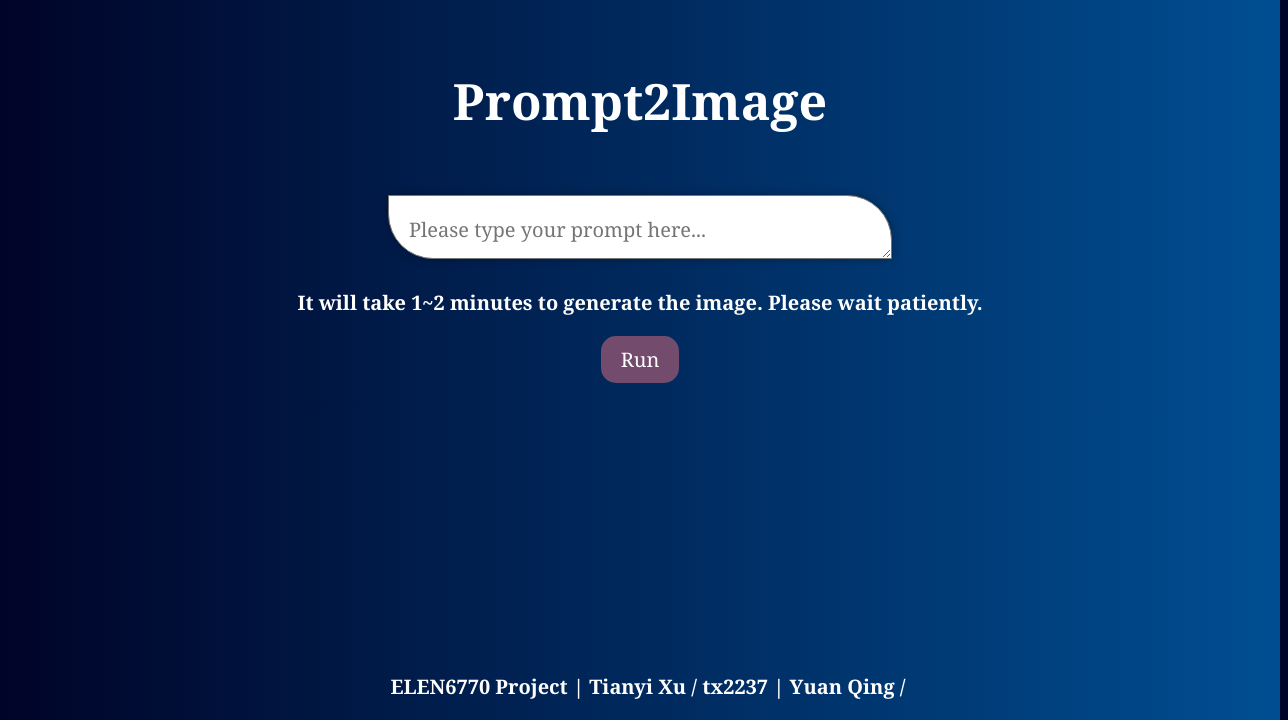
Repository: XTTTZ/Prompt2Image
Page: main3.html
The author's editor kept a copy of each file at every save. The page is drawn from the files as they stood at one save, then again after the next save.
The browser window is 1280 px wide. The page is 1288 px wide, so the pictures cover 1288 px, including what lies to the right of the window. The pictures show the whole page.
The page's requests for data from a server got no answer.

Above is the page before, as saved 2023-11-30 22:03:05.

### main3.html
<!DOCTYPE html>
<html lang="en">

<head>
    <meta charset="UTF-8">
    <meta name="viewport" content="width=device-width, initial-scale=1.0">
    <title>Prompt2Image</title>
    <style>
        .center-label {
            text-align: center;
        }

        body {
            font-family: Georgia, serif;
            background: linear-gradient(to right, #000428, #004e92);
            /* 使图片覆盖整个背景 */
            color: #fff
        }

        header {
            background-color: rgba(0, 0, 0, 0);
            color: #fff;
            text-align: center;
            padding: 1em;
            font-family: Georgia, serif;
            font-size: 25px;
        }

        h1 {
            margin-bottom: 0.5em;
        }

        form {
            display: flex;
            /* 设置为Flex容器 */
            flex-direction: column;
            /* 子元素垂直堆叠 */
            align-items: center;
            /* 垂直居中 */
            justify-content: center;
            /* 水平居中，如果需要 */
            height: 100%;
            /* 根据需要设置高度 */
            font-size: 20px;
        }

        label {
            font-weight: bold;
            text-align: center;
            font-size: 20px;
        }

        textarea {
            padding-left: 1em;
            padding-top: 1em;
            margin: 0.5em 0;
            width: 24em;
            height: 2em;
            text-align: left;
            vertical-align: top;
            font-size: 20px;
            border-radius: 0px 45px;
            box-shadow: 0 0 10px rgba(0, 0, 0, 0.3);
            font-family: Georgia, serif;

        }

        button {
            padding: 0.5em 1em;
            background-color: #734b6d;
            color: #fff;
            border: none;
            cursor: pointer;
            border-radius: 15px;
            font-size: 20px;
            font-family: Georgia, serif;
        }

        button:hover {
            background-color: #555;
        }

        img {
            border-radius: 15px;
        }

        #generatedImages {
            border-radius: 15px;
            text-align: center;
            margin: 1em;
            padding: 1em;
            background-color: #ffffff00;
        }
    </style>
</head>

<body>
    <header>
        <h1>Prompt2Image</h1>
    </header>

    <form id="searchForm">
        <textarea placeholder="Please type your prompt here..." type="text" id="searchInput"
            name="searchInput"></textarea>
        <label>
            <p>It will take 1~2 minutes to generate the image. Please wait patiently.</p>
        </label>
    </form>
    <form id="generateForm" style="gap: 15px;">
        <button type="button" onclick="performSearch()">Run</button>
        <label id="timeValue"></label>
    </form>

    <div id="searchResult"></div>

    <!-- Display generated images -->
    <div style="display:none" id="generatedImages"></div>
    <form id="downloadForm" style="gap: 10px;">
        <button id="downloadButton" onclick="downloadImages()" style="display:none">Download Images</button>
    </form>

    <label style="position:absolute; bottom:0; text-align: center;width:100%">
        <p>ELEN6770 Project | Tianyi Xu / tx2237 | Yuan Qing / </p>
    </label>

    <script>
        var server_addr = '34.67.111.69';
        var ip_addr;
        var second = 0;
        var clock;
        fetch('http://' + server_addr + '/ip', {
            method: 'GET',
            headers: {
                'Content-Type': 'application/x-www-form-urlencoded',
            },
        })
            .then(response => { return response.json() })
            .then(data => {
                ip_addr = data.ip_addr;
                console.log('ip_addr');
            }
            );
        function startTimer() {
            clearInterval(clock);
            clock = setInterval(timer, 1000);
            second = 0;
            timeValue.style.display = 'block';
            document.getElementById('timeValue').innerText = 'Run Time: ' + second + 's';
        }

        function timer() {
            second++;
            document.getElementById('timeValue').innerText = 'Run Time: ' + second + 's';
        }

        function stopTimer() {
            clearInterval(clock);
            clock = null;
            console.log('timerstop');
            document.getElementById('timeValue').innerText = 'Run Time: ' + second + 's';
        }

        function performSearch() {
            var searchInput = document.getElementById('searchInput').value;
            if (searchInput == '') {
                document.getElementById('timeValue').innerText = 'Please type your prompt!';
            }
            else {
                document.getElementById('generatedImages').style.display = 'none';
                document.getElementById('downloadButton').style.display = 'none';
                fetch('http://' + server_addr + ':5000/search', {
                    method: 'POST',
                    headers: {
                        'Content-Type': 'application/x-www-form-urlencoded',
                    },
                    body: 'text=' + encodeURIComponent(searchInput)
                })
                    .then(response => {
                        return response.json();
                    })
                    .then(data => { checkStatusPic() });
                startTimer();
            }
        }

        function checkStatusPic() {
            stopTimer();
            var generatedImagesContainer = document.getElementById('generatedImages');
            var downloadButton = document.getElementById('downloadButton');

            // Clear previous content
            generatedImagesContainer.innerHTML = '';

            // Append image elements dynamically
            var img = document.createElement('img');
            img.src = 'http://' + server_addr + '/image/' + ip_addr + '/0?time=' + new Date().getTime();
            generatedImagesContainer.appendChild(img);
            // Display the container and download button
            generatedImagesContainer.style.display = 'block';
            downloadButton.style.display = 'block';
        }

        function downloadImages() {
            // Create a link element for each image and trigger download
            var url = 'http://' + server_addr + '/image/' + ip_addr + '/0?time=' + new Date().getTime();
            var downloadLink = document.createElement('a');
            downloadLink.href = url;
            // 指定下载的文件名，您可以根据需要更改它
            downloadLink.download = 'image.png';
            // 将 <a> 元素添加到文档中并点击它
            document.body.appendChild(downloadLink);
            downloadLink.click();
            // 清理并移除 <a> 元素
            document.body.removeChild(downloadLink);
        }
    </script>
</body>

</html>

After the next save:
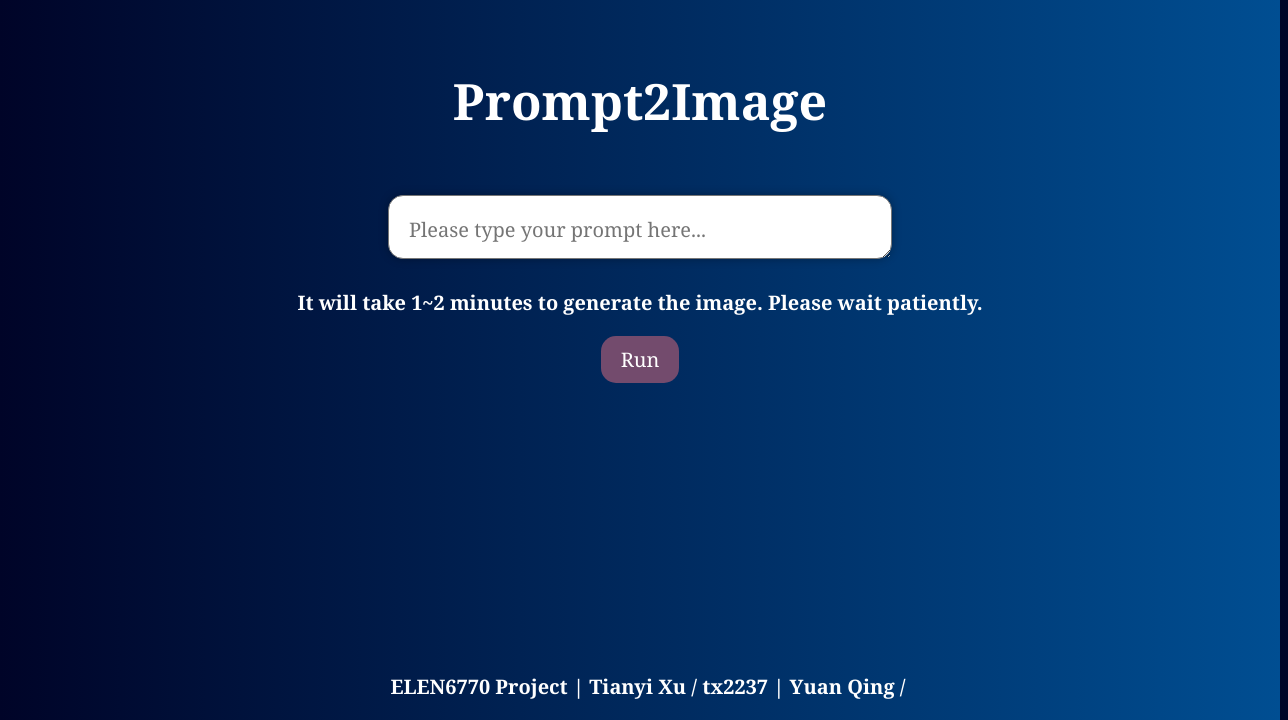
Saved 16 s later.
--- a/main3.html
+++ b/main3.html
@@ -59,7 +59,7 @@
             text-align: left;
             vertical-align: top;
             font-size: 20px;
-            border-radius: 0px 45px;
+            border-radius: 15px;
             box-shadow: 0 0 10px rgba(0, 0, 0, 0.3);
             font-family: Georgia, serif;
 
